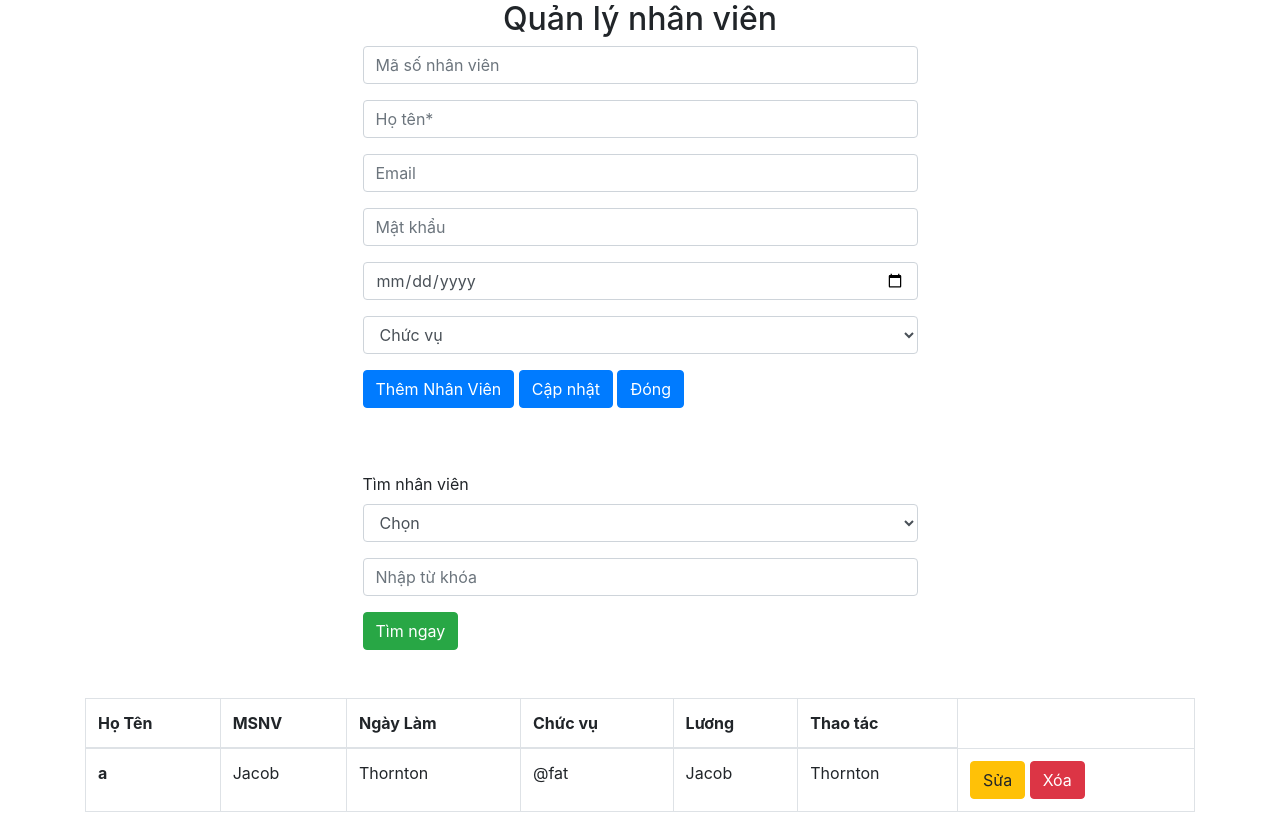
Repository: dovanthao2404/quanlynhanvien
Page: index.html
An editor plug-in stored every save of this project. The page is shown before and after the next save, followed by the edit.
The browser window is 1280 px wide. The pictures show the whole page.

Above is the page before, as saved 2021-06-30 00:51:57.
Console error: TypeError: Cannot set properties of null (setting 'innerHTML')

After the next save:
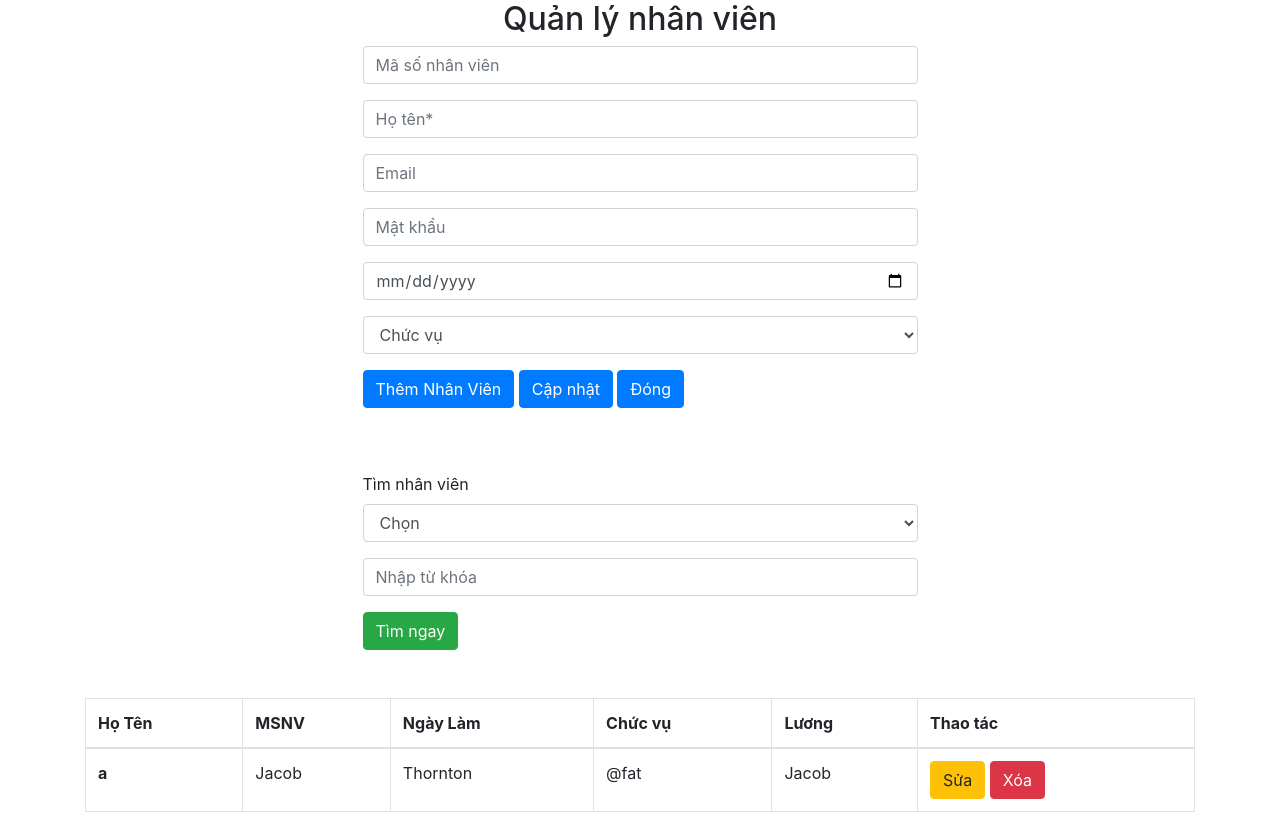
Saved 6 s later.
--- a/index.html
+++ b/index.html
@@ -113,7 +113,6 @@
               <td>Thornton</td>
               <td>@fat</td>
               <td>Jacob</td>
-              <td>Thornton</td>
               <td>
                 <button class="btn btn-warning" id="sua">Sửa</button>
                 <button class="btn btn-danger" id="xoa">Xóa</button>
